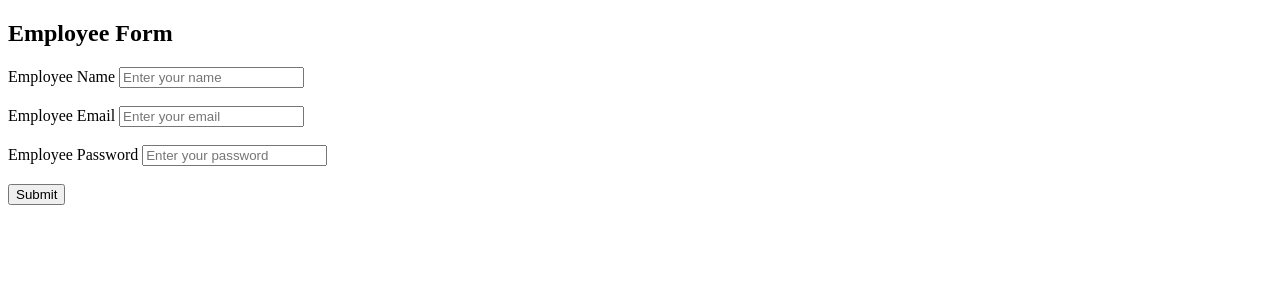
Repository: mrhpn/JavaEE--JSP-SERVLET
Page: JSP_JSTL/WebContent/employee-form.html
These files come from the project's save history. The page is drawn as it stood at one moment and after the next save; the edit follows.
The browser window is 1280 px wide. The pictures show the whole page.

Above is the page before, as saved 2021-04-01 07:29:54.

After the next save:
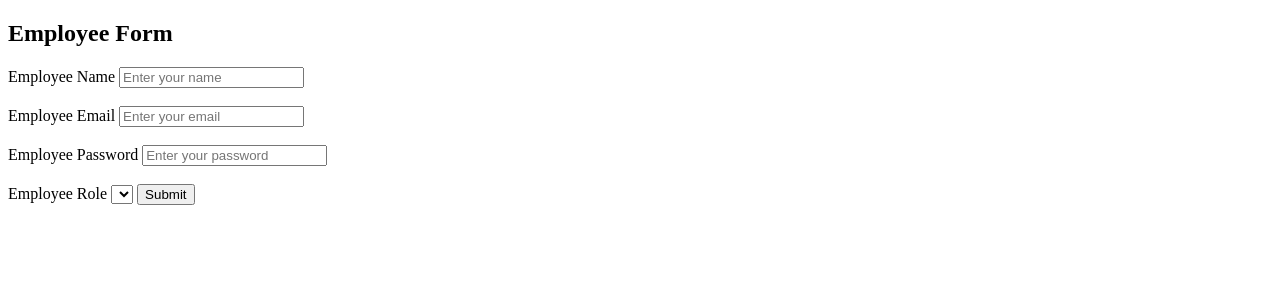
Saved 3 min 3 s later.
--- a/JSP_JSTL/WebContent/employee-form.html
+++ b/JSP_JSTL/WebContent/employee-form.html
@@ -20,6 +20,11 @@
 		<input type="password" name="employeePassword" placeholder="Enter your password" required="required" />
 		<br><br>
 
+		<label>Employee Role</label>
+		<select name="employeeRole" required="required">
+			<option>
+		</select>
+
 		<input type="submit" value="Submit" />
 	</form>
 
